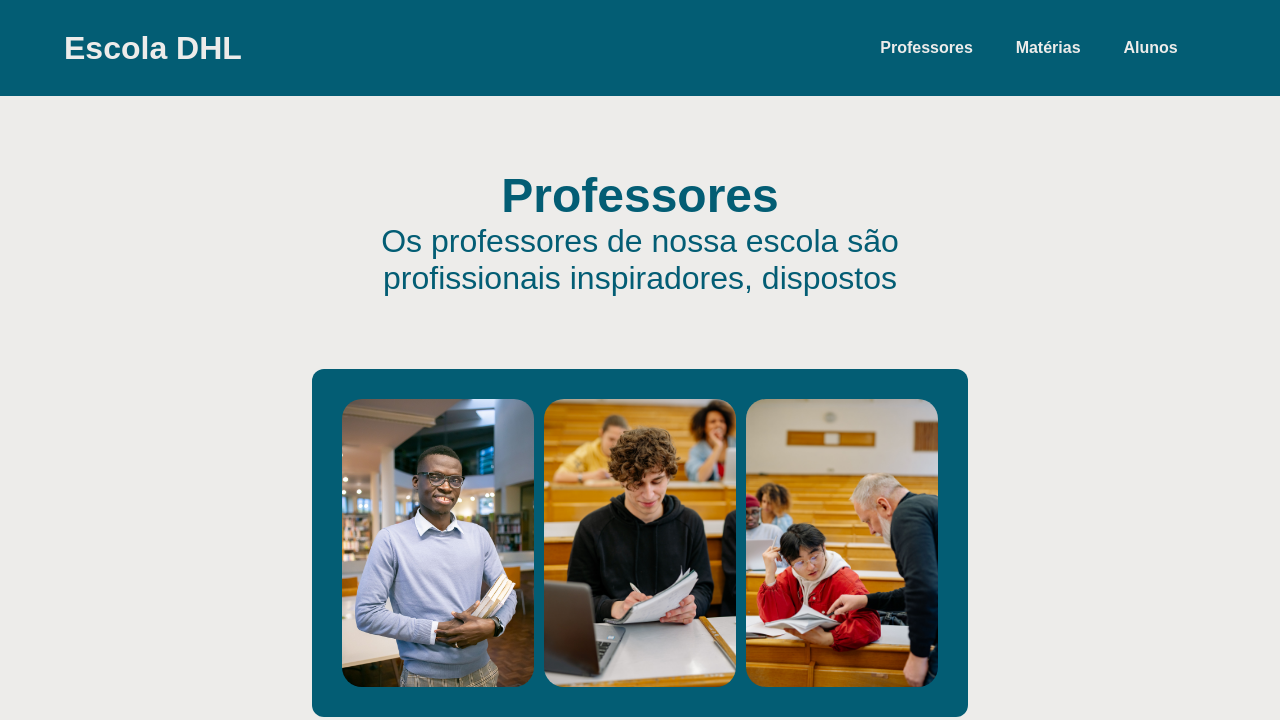
Repository: SirHick/sa-sistema-escola-DHL
Page: front/professores.html
An editor plug-in stored every save of this project. The page is shown before and after a run of saves, followed by the edit.
The browser window is 1280 px wide. The pictures show the whole page.

Above is the page before, as saved 2026-07-17 16:07:02.

### front/professores.html
<!DOCTYPE html>
<html lang="pt-br">
<head>
    <meta charset="UTF-8">
    <meta name="viewport" content="width=device-width, initial-scale=1.0">
    <title>Professores</title>
    <link rel="stylesheet" href="style.css">
</head>
<body>
    <header>

        <h1>Escola DHL</h1>

        <nav>
            <a href="">Professores</a>
            <a href="">Matérias</a>
            <a href="">Alunos</a>
        </nav>
    </header>

    <section class = "main-text">
            <h2>Professores</h2>

            <p>Os professores de nossa escola são profissionais inspiradores,
                dispostos
            </p>
    </section>

    <main class = "hero-section">
        <img src="images/pexels-kampus-5940864.jpg" alt="A black student with books">
        <img src="images/pexels-yankrukov-8199147.jpg" alt="A student studying">
        <img src="images/student-and-teacher.jpg" alt="A student receiving help from his teacher">
    </main>


    <script src="script.js"></script>
</body>
</html>

### front/style.css
*{
    margin: 0;
    padding: 0;
    box-sizing: border-box;
    object-fit: cover;
    font-family: 'Nunito', sans-serif;
}


body{
    background: #EDECEA;

}

.landing-page{
    display: flex;
}


header{
    background: #035D74;
    width: 100vw;
    height: 6rem;
    max-height: 8rem;
    display: grid;
    grid-template-columns: 1fr 1fr;
    align-items: center;
    padding-left: 5vw;
    padding-right: 5vw;
}

header h1{
    color: #EDECEA;
}

header nav{
    justify-self: end;

}

header nav a{
    text-decoration: none;
    color: #EDECEA;
    font-weight: 700;
    margin-right: 3vw;
}

.hero-section{
    justify-self: center;
    background-color: #035D74;
    margin-top: 10vh;
    display: grid;
    grid-template-columns: auto auto auto;
    gap: 10px;
    border-radius:12px;
    padding: 30px;
}

.hero-section img{
    width: 15vw;
    border-radius: 20px;
}

.main-text{
    margin-bottom: 3vh;
    color: #035D74;
    text-align: center;
    margin-top: 10vh;
    font-size: 2rem;
    max-width: 50vw;
    justify-self: center;
}

Loaded but not shown: front/script.js (no stored copy; drawn as an empty file)

After the next 2 saves:
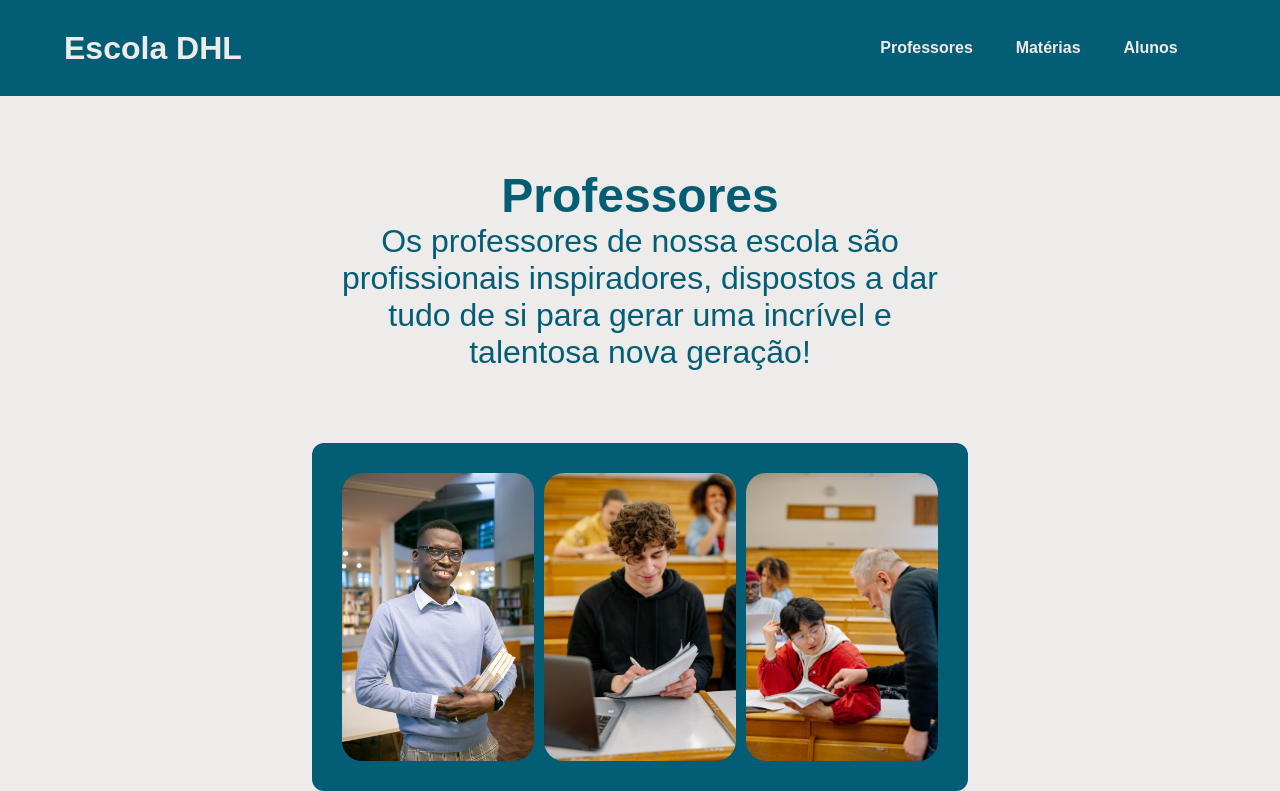
The 2 saves are shown as one change because they came seconds apart.
The last was saved 28 s later.
--- a/front/professores.html
+++ b/front/professores.html
@@ -22,7 +22,7 @@
             <h2>Professores</h2>
 
             <p>Os professores de nossa escola são profissionais inspiradores,
-                dispostos
+                dispostos a dar tudo de si para gerar uma incrível e talentosa nova geração!
             </p>
     </section>
 
